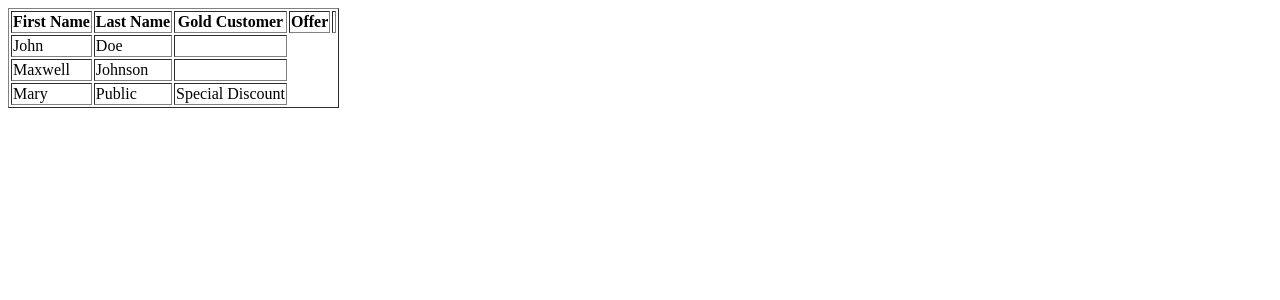
Repository: linhphan98/JavaDatabase
Page: http://localhost/JSTLtagDemo/if-Student.jsp
The author's editor kept a copy of each file at every save. The page is drawn from the files as they stood at one save, then again after a run of saves.
The browser window is 1280 px wide. The pictures show the whole page.
The page is served by Tomcat 9.

Above is the page before, as saved 2020-01-14 19:08:42.

### JSTLtagDemo/WebContent/if-Student.jsp
<%@ taglib uri="http://java.sun.com/jsp/jstl/core" prefix = "c" %>
<%@ page import="java.util.*, jsp.tagDemo.Student" %>

<%
	// create some data
	List<Student> data = new ArrayList<>();

	data.add(new Student("John", "Doe", false));
	data.add(new Student("Maxwell", "Johnson", false));
	data.add(new Student("Mary", "Public", true));

	pageContext.setAttribute("myStudents", data);
%>

<html>
	<body>
	<table border="1">

		<tr>
			<th>First Name</th>
			<th>Last Name</th>
			<th>Gold Customer</th>
			<th>Offer<th>
		</tr>

		<c:forEach var="tempStudent" items="${myStudents}">

			<tr>
				<td> ${tempStudent.firstName} </td>
				<td> ${tempStudent.lastName} </td>

				<td>
					<c:if test="${tempStudent.goldCustomer}">
						Special Discount
					</c:if>
				</td>
			</tr>

		</c:forEach>
	</table>

	</body>
</html>

### JSTLtagDemo/src/jsp/tagDemo/Student.java
package jsp.tagDemo;

public class Student {

	private String firstName, lastName;
	private boolean goldCustomer;

	public Student(String firstName, String lastName, boolean goldCustomer) {
		super();
		this.firstName = firstName;
		this.lastName = lastName;
		this.goldCustomer = goldCustomer;
	}

	public void setGoldCustomer(boolean goldCustomer) {
		this.goldCustomer = goldCustomer;
	}
	public void setFirstName(String firstName) {
		this.firstName = firstName;
	}
	public void setLastName(String lastName) {
		this.lastName = lastName;
	}

	public String getFirstName() {
		return firstName;
	}
	public String getLastName() {
		return lastName;
	}
	public boolean isGoldCustomer() {
		return goldCustomer;
	}

}

After the next 2 saves:
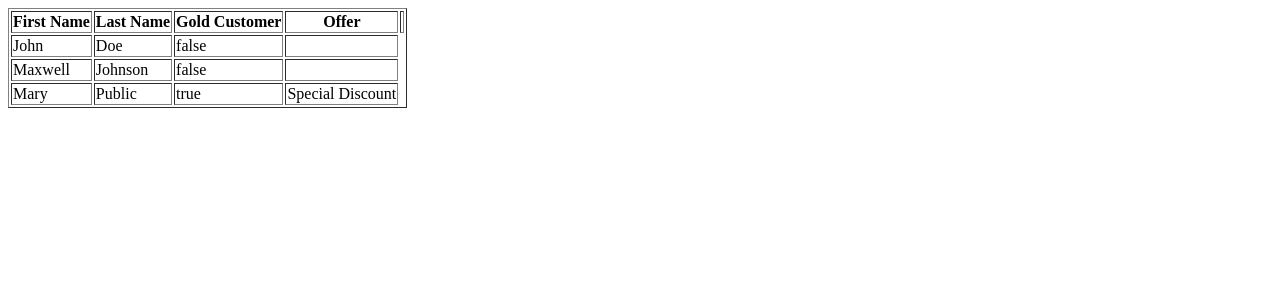
The 2 saves are shown as one change because they came seconds apart.
The last was saved 22 s later.
--- a/JSTLtagDemo/WebContent/if-Student.jsp
+++ b/JSTLtagDemo/WebContent/if-Student.jsp
@@ -28,7 +28,7 @@
 			<tr>
 				<td> ${tempStudent.firstName} </td>
 				<td> ${tempStudent.lastName} </td>
-
+				<td> ${tempStudent.goldCustomer} </td>
 				<td>
 					<c:if test="${tempStudent.goldCustomer}">
 						Special Discount
